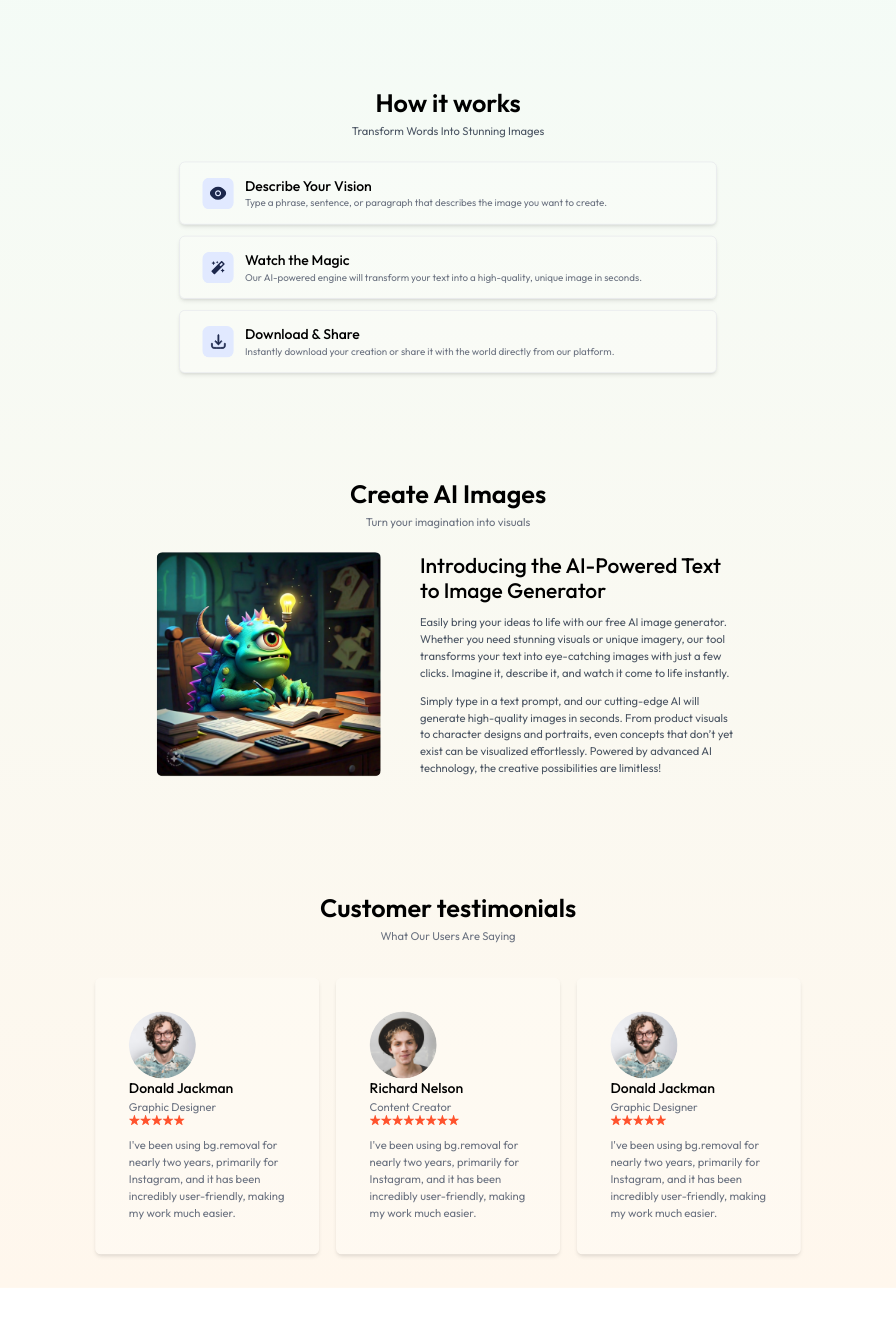
Repository: Abrammse/Abraify
Page: /
An editor plug-in stored every save of this project. The page is shown before and after the next save, followed by the edit.
The browser window is 1280 px wide. The pictures show the part of the page from y = 737 to 2657 px (the page is 2657 px tall before and 2454 px after), at 70% of full size.
The project was rebuilt for these pictures with package versions that can differ from the ones it lists, and the page was loaded fresh each time. Also part of the build but not shown: vite.config.js, src/pages/Buycredit.jsx.

Above is the page before, as saved 2024-11-25 13:35:55.

After the next save:
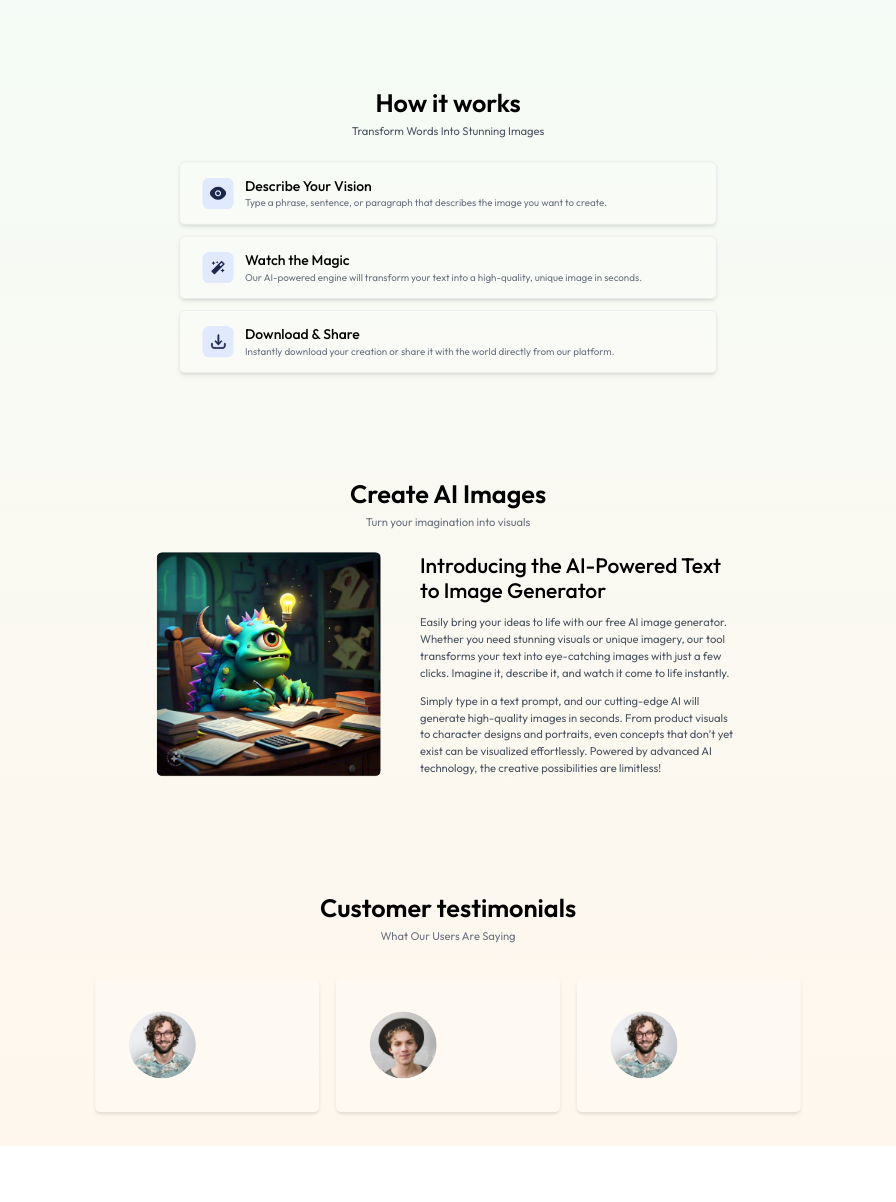
Saved 99 s later.
--- a/src/components/testimonials.jsx
+++ b/src/components/testimonials.jsx
@@ -17,16 +17,7 @@
 
 </div>
             <div>
-                <h2 className='text-xl  font-medium' > {item.name}</h2>
-                <p className='text-gray-500' > {item.role}</p>
-                <div className='flex mb-4'>
-{Array(item.stars).fill().map((ite,index)=>(
-                    <img   key={index} src={assets.rating_star} alt="" />
 
-))}
-
-                </div>
-                <p className='text-gray-500' > {item.text}</p>
 
             </div>
             </div>

After the save that followed:
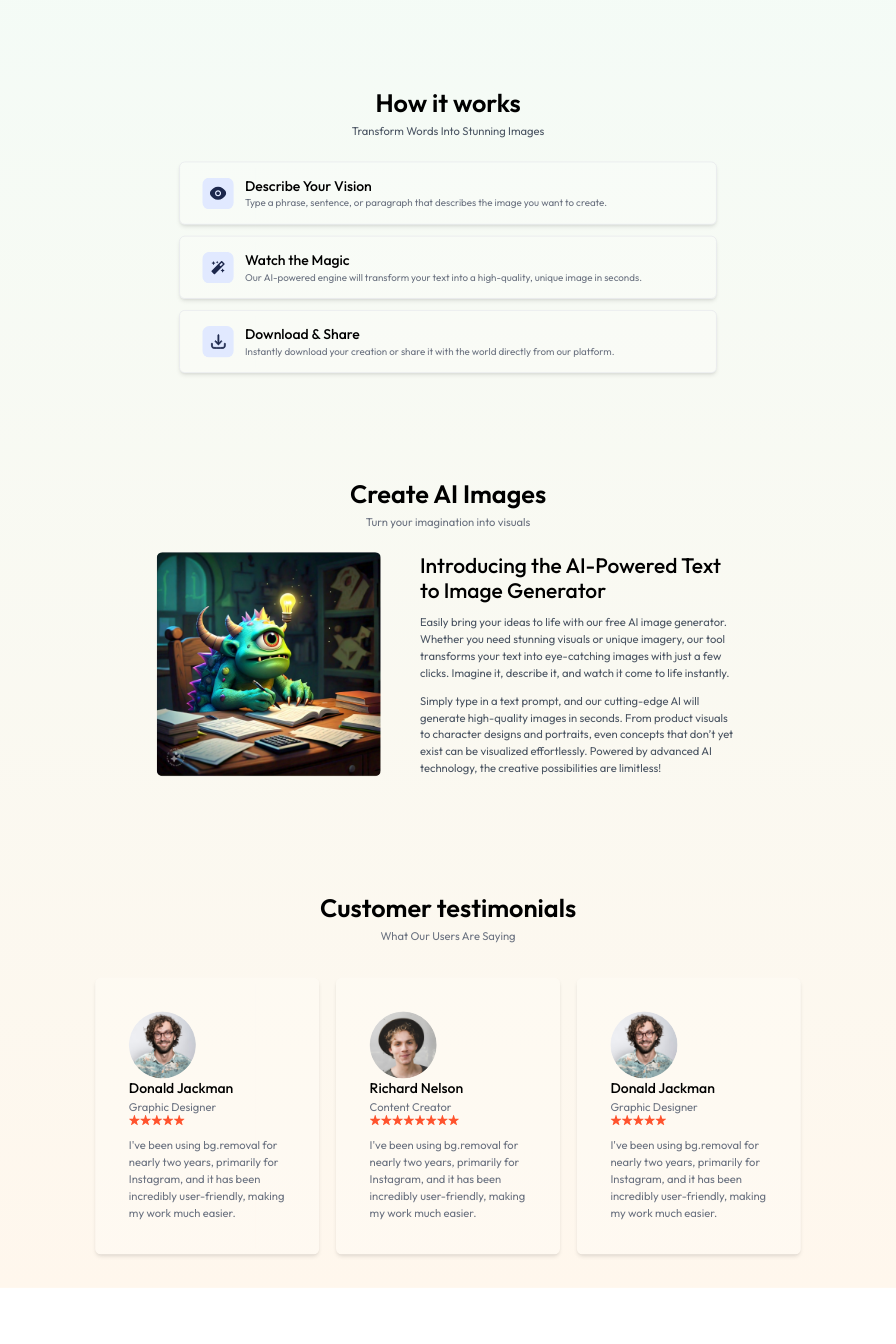
Saved 5 s later.
--- a/src/components/testimonials.jsx
+++ b/src/components/testimonials.jsx
@@ -14,7 +14,16 @@
 <div>
 <img src={item.image} alt="" className='rounded-full w-24 ' />
 
+<h2 className='text-xl  font-medium' > {item.name}</h2>
+                <p className='text-gray-500' > {item.role}</p>
+                <div className='flex mb-4'>
+{Array(item.stars).fill().map((ite,index)=>(
+                    <img   key={index} src={assets.rating_star} alt="" />
 
+))}
+
+                </div>
+                <p className='text-gray-500' > {item.text}</p>
 </div>
             <div>
 
